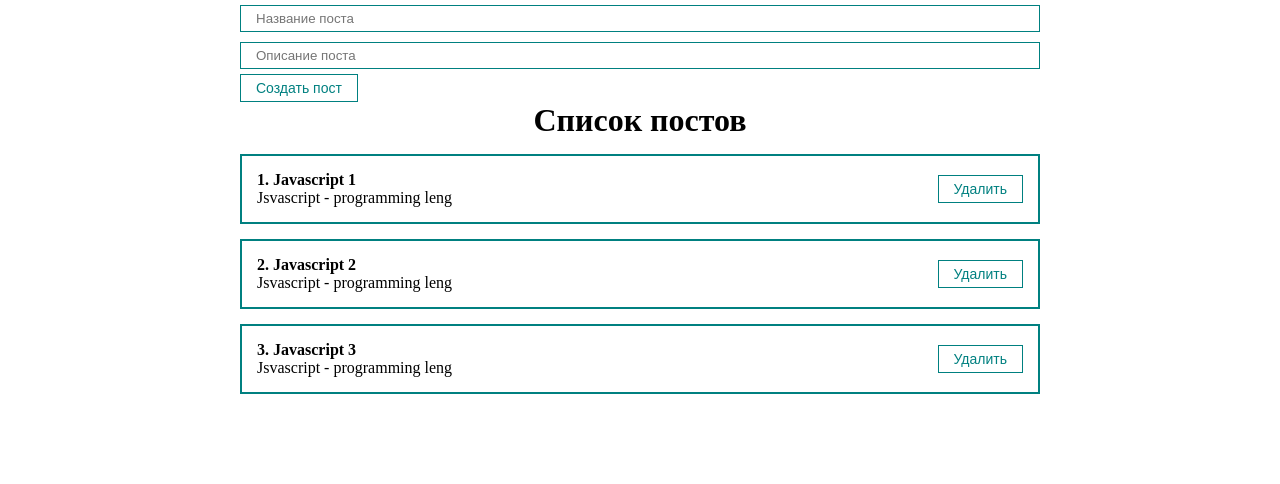
Repository: tsydikov/reactTodo
Page: /
The author's editor kept a copy of each file at every save. The page is drawn from the files as they stood at one save, then again after the next save.
The browser window is 1280 px wide. The pictures show the whole page.
The project was rebuilt for these pictures with package versions that can differ from the ones it lists, and the page was loaded fresh each time.

Above is the page before, as saved 2021-08-29 14:12:27.

After the next save:
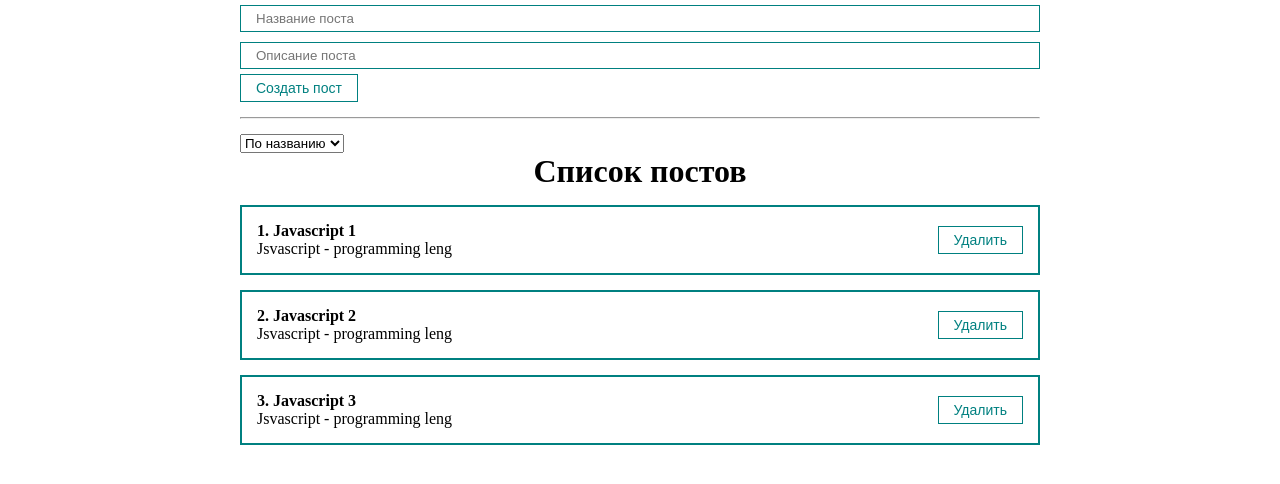
Saved 2 min 43 s later.
--- a/src/App.js
+++ b/src/App.js
@@ -21,6 +21,13 @@ function App() {
   return (
     <div className="App">
       <PostForm create={createPost} />
+      <hr style={{margin: '15px 0'}} />
+      <div>
+        <select>
+          <option value="value1">По названию</option>
+          <option value="value2">По описанию</option>
+        </select>
+      </div>
       {posts.length
         ? <PostList remove={removePost} posts={posts} title="Список постов" />
         : <h1 style={{ textAlign: 'center' }}>Посты не найдены</h1>
